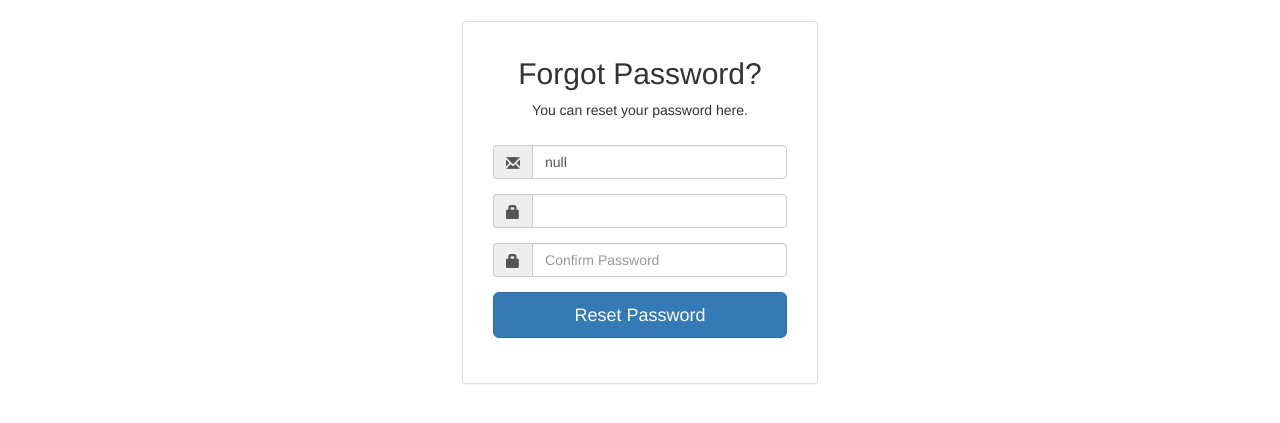
Repository: jayakumar721/projects
Page: http://localhost/TestEngine/reset.jsp
These files come from the project's save history. The page is drawn as it stood at one moment and after the next save; the edit follows.
The browser window is 1280 px wide. The pictures show the whole page.
Some web libraries are served in a nearby version. The page is served by Tomcat 9. Other server files are loaded and not shown.

Above is the page before, as saved 2017-11-27 06:59:31.

### TestEngine/WebContent/reset.jsp
<%@ page language="java" contentType="text/html; charset=UTF-8"
    pageEncoding="UTF-8"%>
<!DOCTYPE html PUBLIC "-//W3C//DTD HTML 4.01 Transitional//EN" "http://www.w3.org/TR/html4/loose.dtd">
<html>
<head>
<meta http-equiv="Content-Type" content="text/html; charset=UTF-8">
<title>reset</title>
<link rel="stylesheet"
	href="https://maxcdn.bootstrapcdn.com/bootstrap/3.3.7/css/bootstrap.min.css">

<!-- jQuery library -->
<script
	src="https://ajax.googleapis.com/ajax/libs/jquery/3.2.1/jquery.min.js"></script>
<script src="vendor/jquery-validation/dist/jquery.validate.min.js"></script>

<!-- Latest compiled JavaScript -->
<script
	src="https://maxcdn.bootstrapcdn.com/bootstrap/3.3.7/js/bootstrap.min.js"></script>

<style type="text/css">
.container {
	padding: 20px;
	border-radius: 10px;
	position: absolute;
	border: 1px solid #fff;
	margin: auto;
	top: 0;
	right: 0;
	bottom: 0;
	left: 0;
}
</style>
</head>
<body>
<div class="form-gap"></div>
	<div class="container">
		<div class="row">
			<div class="col-md-4 col-md-offset-4">
				<div class="panel panel-default">
					<div class="panel-body">
						<div class="text-center">
							<h3>
								<i class="fa fa-lock fa-4x"></i>
							</h3>
							<h2 class="text-center">Forgot Password?</h2>
							<p>You can reset your password here.</p>
							<div class="panel-body">

								<form id="register-form" role="form" autocomplete="off" action="UserValidateServlet"
									class="form" method="post">

									<div class="form-group">
										<div class="input-group">
											<span class="input-group-addon"><i
												class="glyphicon glyphicon-envelope color-blue"></i></span> <input
												id="email" name="email" value="<%=session.getAttribute("email") %>"
												class="form-control" type="email">
										</div>
									</div>
									<div class="form-group">
										<div class="input-group">
											<span class="input-group-addon"><i
												class="glyphicon glyphicon-lock color-blue"></i></span> <input
												id="email" name="email"
												class="form-control" type="password">
										</div>
									</div>
									<div class="form-group">
										<div class="input-group">
											<span class="input-group-addon"><i
												class="glyphicon glyphicon-lock color-blue"></i></span> <input
												id="confirm-password" name="confirm-password" placeholder="Confirm Password"
												class="form-control" type="password">
										</div>
									</div>
									<div class="form-group">
										<input name="recover-submit"
											class="btn btn-lg btn-primary btn-block"
											value="Reset Password" type="submit">
									</div>

									<input type="hidden" class="hide" name="token" id="token"
										value="forgot">
								</form>

							</div>
						</div>
					</div>
				</div>
			</div>
		</div>
	</div>
</body>
</html>

After the next save:
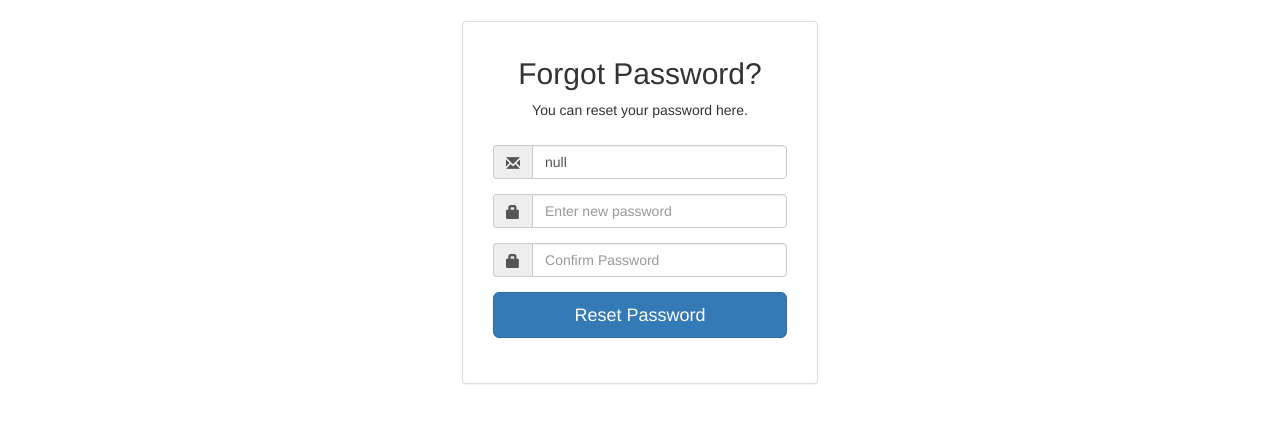
Saved 34 s later.
--- a/TestEngine/WebContent/reset.jsp
+++ b/TestEngine/WebContent/reset.jsp
@@ -61,8 +61,8 @@
 										<div class="input-group">
 											<span class="input-group-addon"><i
 												class="glyphicon glyphicon-lock color-blue"></i></span> <input
-												id="email" name="email"
-												class="form-control" type="password">
+												id="password" name="password"
+												class="form-control" type="password" placeholder="Enter new password">
 										</div>
 									</div>
 									<div class="form-group">
